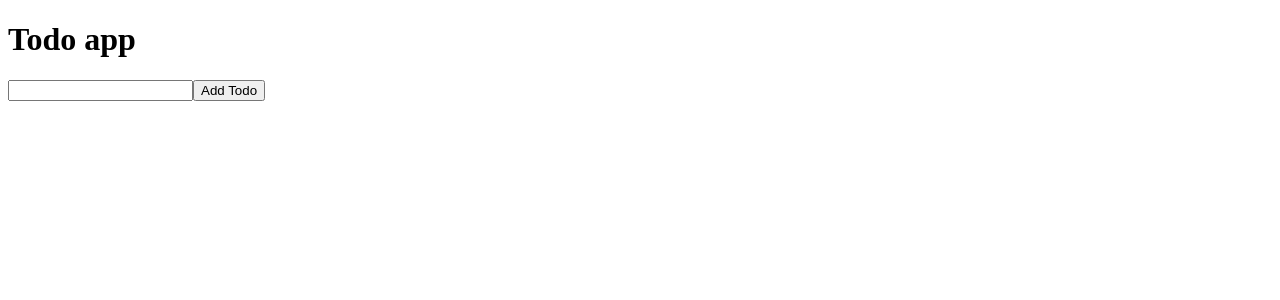
Repository: brodave318/todo-app
Page: /
These files come from the project's save history. The page is drawn as it stood at one moment and after the next save; the edit follows.
The browser window is 1280 px wide. The pictures show the whole page.
The project was rebuilt for these pictures with package versions that can differ from the ones it lists, and the page was loaded fresh each time. Also part of the build but not shown: src/index.css, src/App.css, src/Todo.js.

Above is the page before, as saved 2020-05-20 14:51:21.

After the next save:
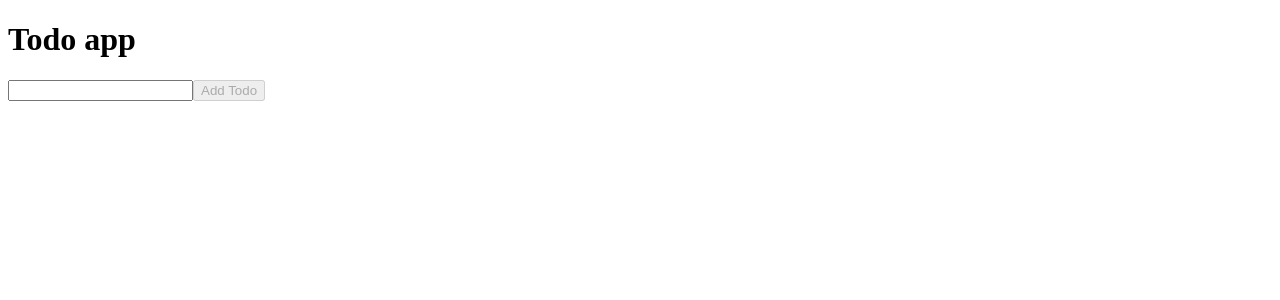
Saved 114 s later.
--- a/src/App.js
+++ b/src/App.js
@@ -19,7 +19,7 @@ function App() {
 
       <form>
         <input value={input} onChange={e => setInput(e.target.value)} type="text" />
-        <button type="submit" onClick={addTodo}>Add Todo</button>
+        <button disabled={!input} type="submit" onClick={addTodo}>Add Todo</button>
       </form>
       {/* Render todos */}
       {todos.map((todo, i) => (
